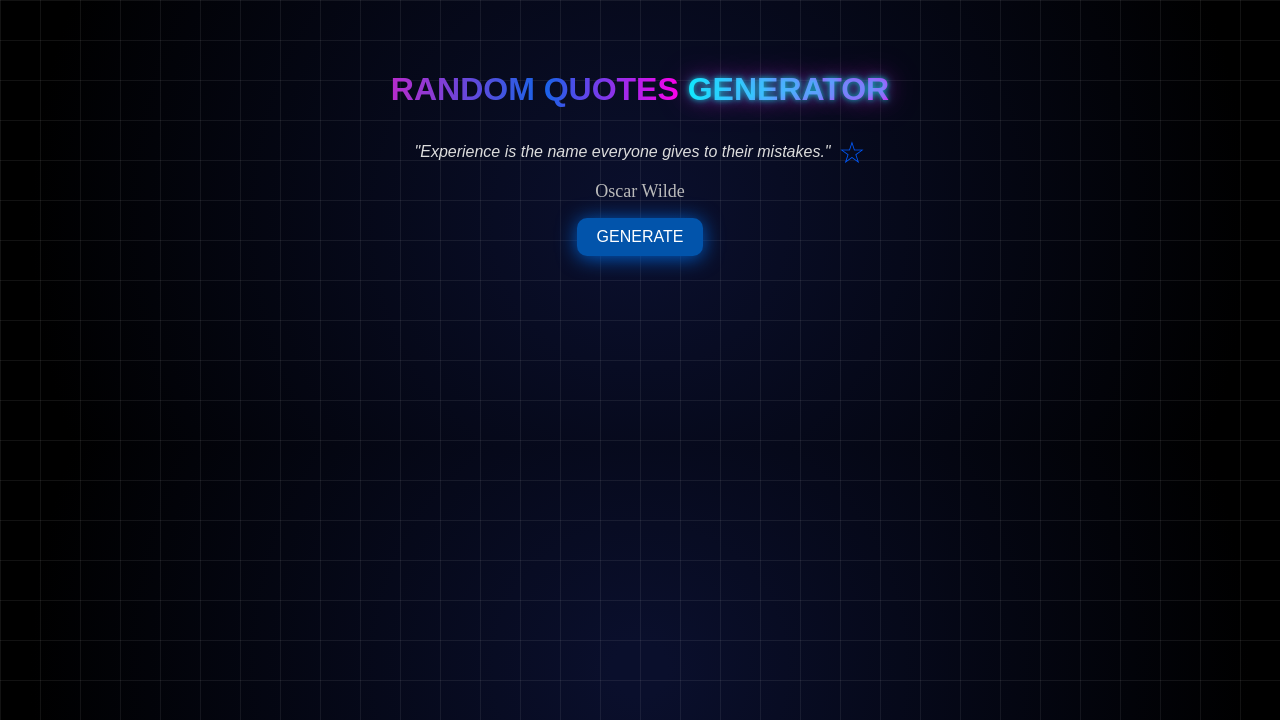
Repository: Adel-la/random-quotes
Page: index.html
These files come from the project's save history. The page is drawn as it stood at one moment and after the next save; the edit follows.
The browser window is 1280 px wide. The pictures show the whole page.

Above is the page before, as saved 2025-06-26 22:41:00.

After the next save:
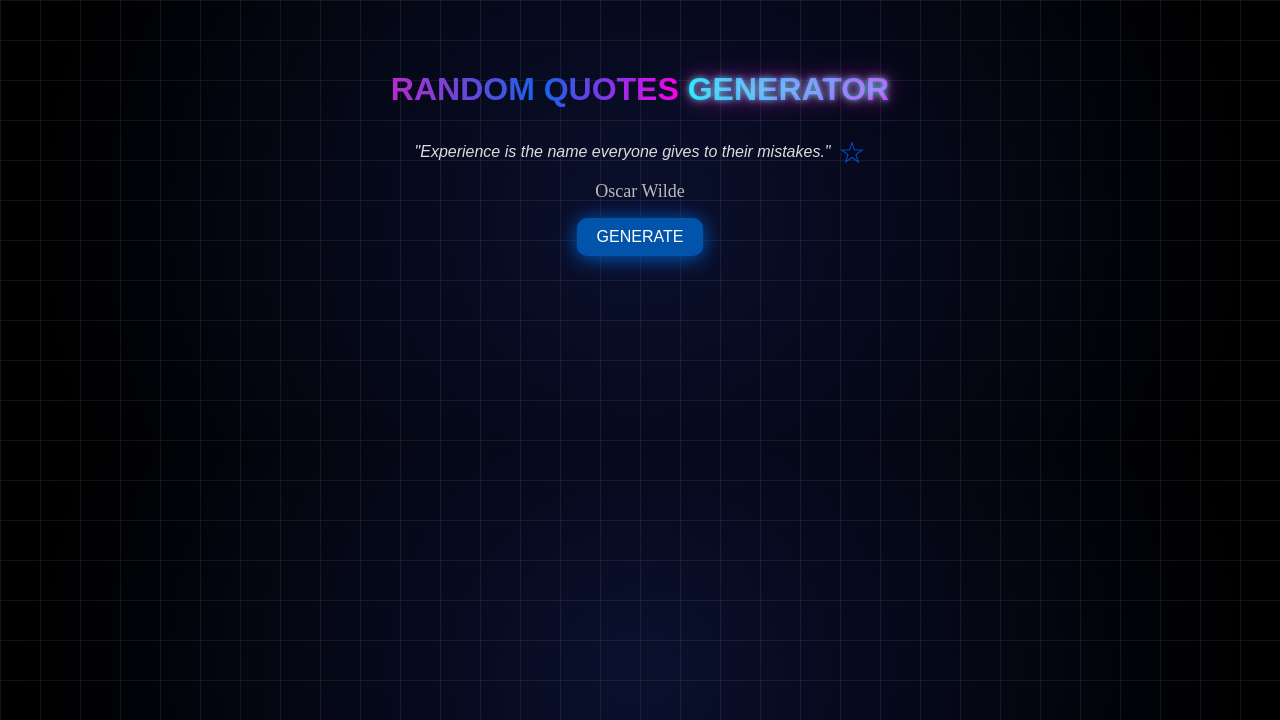
Saved 34 s later.
--- a/styles.css
+++ b/styles.css
@@ -190,7 +190,7 @@
   -webkit-text-fill-color: transparent;
   text-shadow:
     0 0 5px rgba(0, 255, 255, 0.5),
-    0 0 10px rgba(0, 255, 255, 0.5),
+    0 0 10px rgba(255, 255, 255, 0.5),
     0 0 20px rgba(255, 0, 255, 0.5),
     0 0 40px rgba(255, 0, 255, 0.3);
 }

After the save that followed:
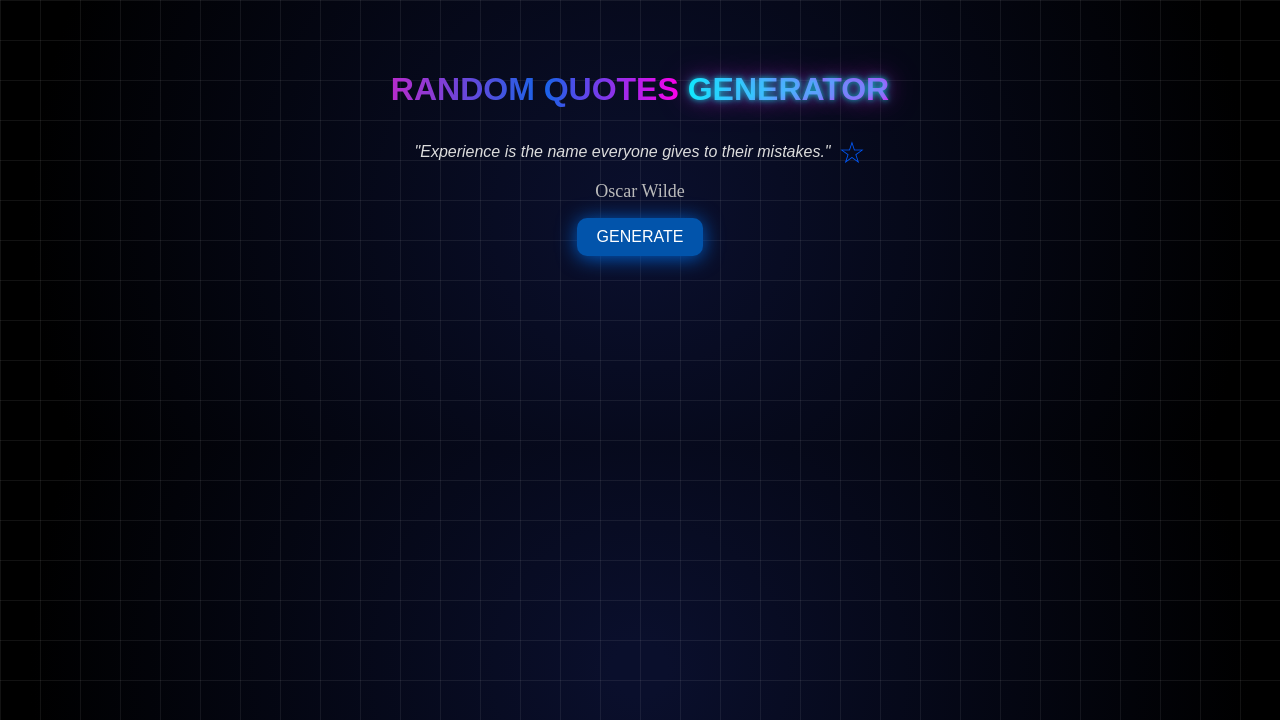
Saved 8 s later.
--- a/styles.css
+++ b/styles.css
@@ -190,7 +190,7 @@
   -webkit-text-fill-color: transparent;
   text-shadow:
     0 0 5px rgba(0, 255, 255, 0.5),
-    0 0 10px rgba(255, 255, 255, 0.5),
+    0 0 10px rgba(0, 255, 255, 0.5),
     0 0 20px rgba(255, 0, 255, 0.5),
     0 0 40px rgba(255, 0, 255, 0.3);
 }
